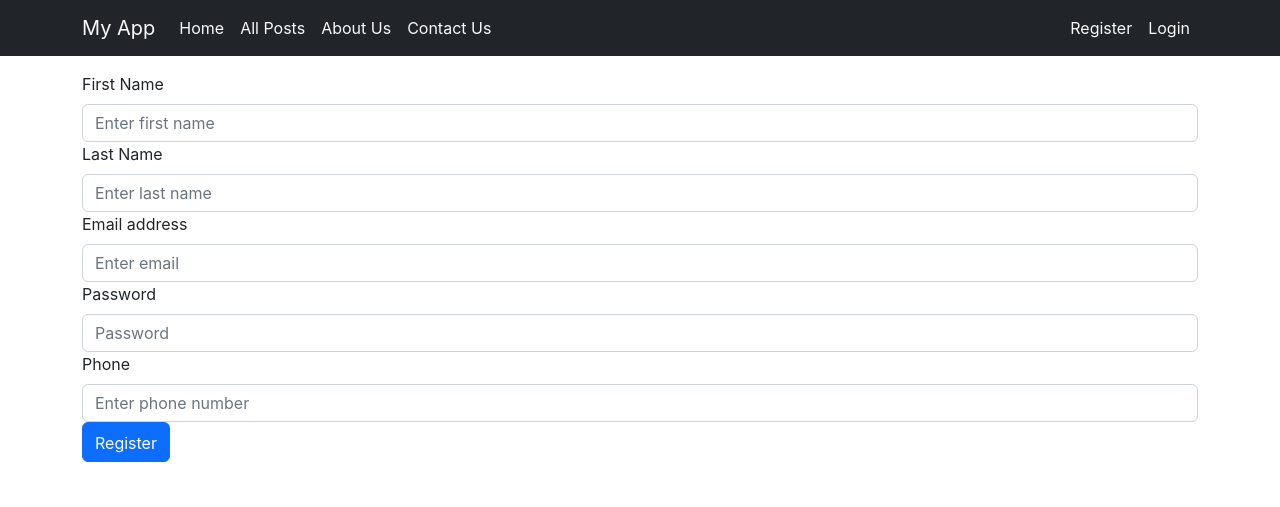
Repository: HiteshKumarMeghwar/react-redux-golang-mysql
Page: /register (app in react-redux/)
The author's editor kept a copy of each file at every save. The page is drawn from the files as they stood at one save, then again after the next save.
The browser window is 1280 px wide. The pictures show the whole page.
Some web libraries are served in a nearby version. The project was rebuilt for these pictures with package versions that can differ from the ones it lists, and the page was loaded fresh each time. Also part of the build but not shown: react-redux/src/App.css, react-redux/src/components/Login.js, react-redux/src/components/Dashboard.js, react-redux/src/components/AllPosts.js, react-redux/src/components/AboutUs.js, react-redux/src/components/ContactUs.js.

Above is the page before, as saved 2023-03-15 11:38:19.

After the next save:
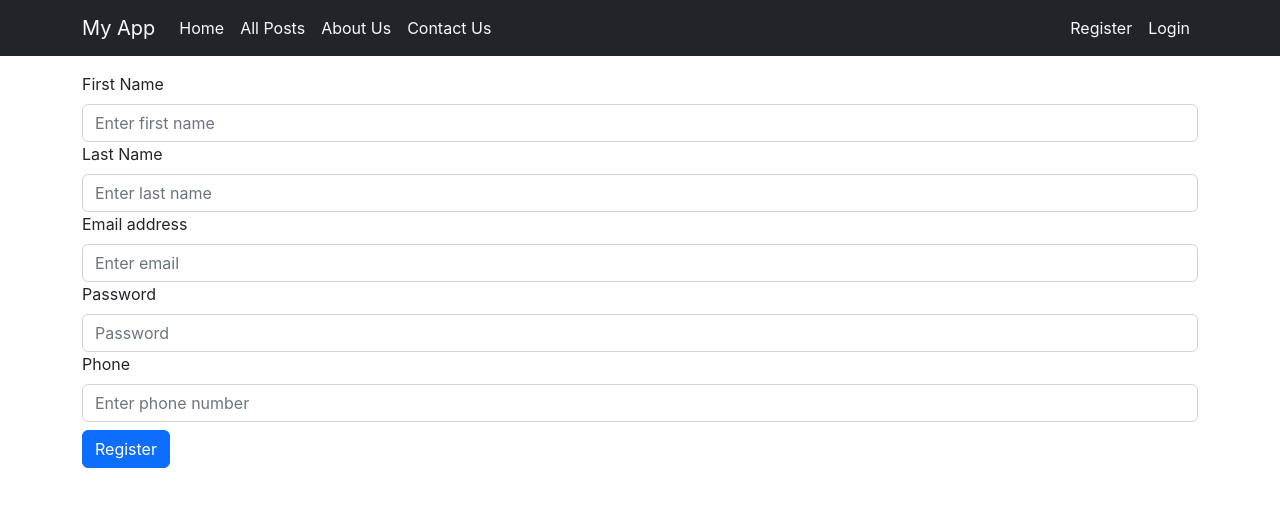
Saved 42 s later.
--- a/react-redux/src/components/Register.js
+++ b/react-redux/src/components/Register.js
@@ -110,7 +110,9 @@ const Register = () => {
               {errors.phone}
             </Form.Control.Feedback>
           </Form.Group>
-          <Button type='submit' className='pt-2'>Register</Button>
+          <div className='pt-2'>
+            <Button type='submit' >Register</Button>
+          </div>
         </Form>
       </div>
     </>
